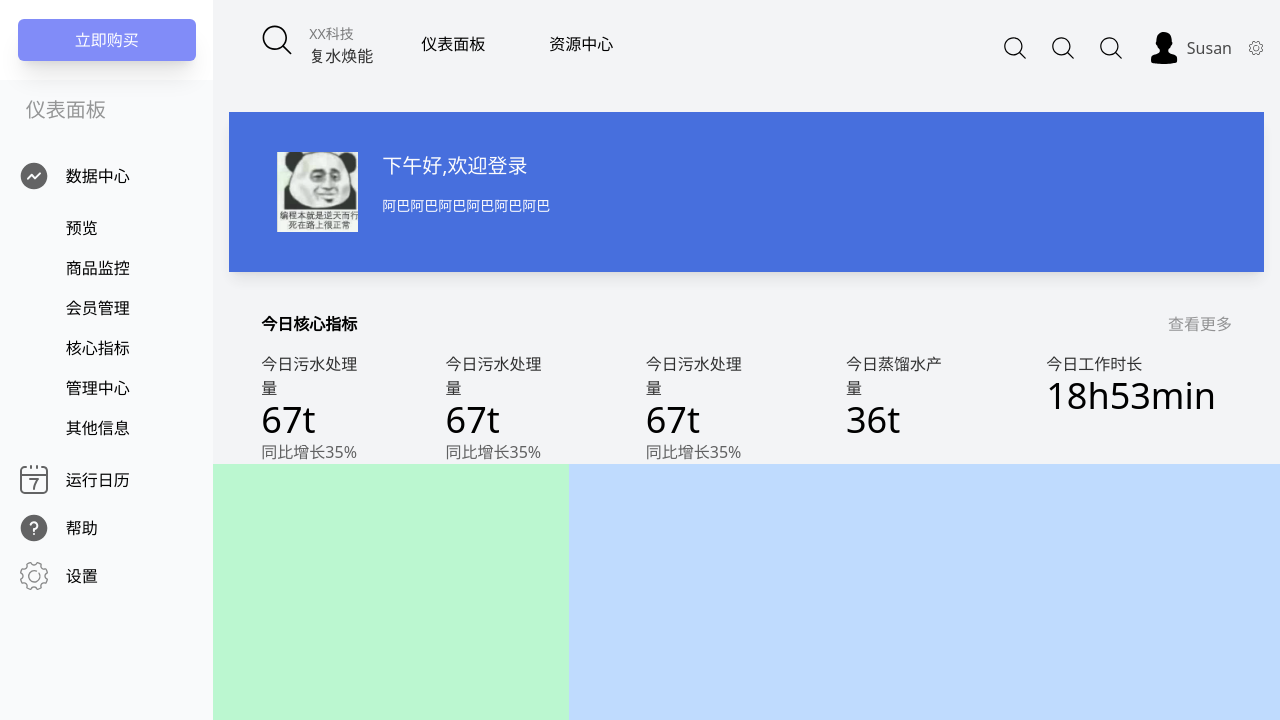
Repository: LiuRuohui/useWater
Page: /
The author's editor kept a copy of each file at every save. The page is drawn from the files as they stood at one save, then again after the next save.
The browser window is 1280 px wide. The pictures show the whole page.
The project was rebuilt for these pictures with package versions that can differ from the ones it lists, and the page was loaded fresh each time. Also part of the build but not shown: vite.config.js.

Above is the page before, as saved 2022-04-06 23:32:43.

After the next save:
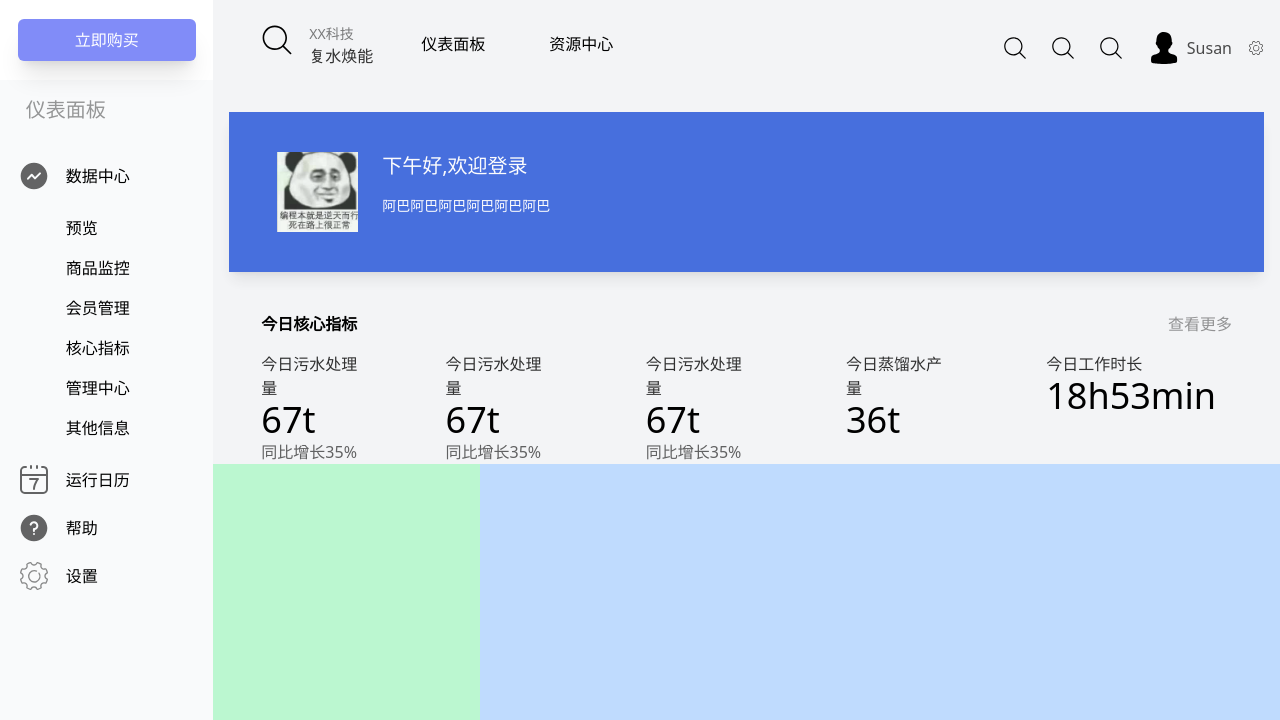
Saved 5 s later.
--- a/src/components/HelloWorld.vue
+++ b/src/components/HelloWorld.vue
@@ -105,7 +105,7 @@
           </div>
       </div>
       <div class="flex flex-grow flex-row bg-blue-200">
-          <div class="w-1/3 bg-green-200">
+          <div class="w-1/4 bg-green-200">
 
           </div>
       </div>
